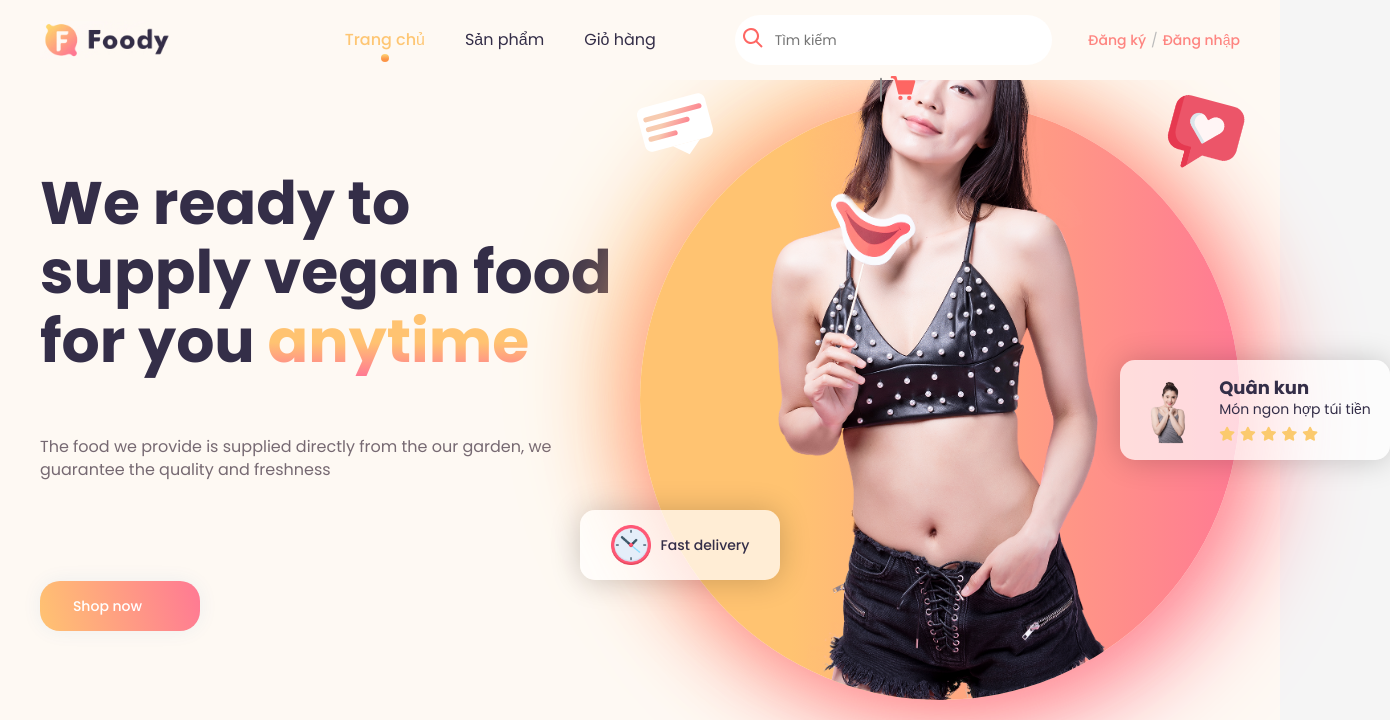
Repository: phamvuhung2710/react-ecommerce
Page: /
The author's editor kept a copy of each file at every save. The page is drawn from the files as they stood at one save, then again after the next save.
The browser window is 1280 px wide. The page is 1390 px wide, so the pictures cover 1390 px, including what lies to the right of the window. The pictures show the whole page.
The page's requests for data from a server got no answer. Some web libraries are served in a nearby version. The project was rebuilt for these pictures with package versions that can differ from the ones it lists, and the page was loaded fresh each time. No one was signed in, and anything a server would have sent is missing. Also part of the build but not shown: src/guard/AuthenticatedGuard.jsx, src/guard/UnauthenticatedGuard.jsx, src/layouts/CartLayout/CartLayout.jsx, src/layouts/RegisterLayout/RegisterLayout.jsx.

Above is the page before, as saved 2021-09-07 19:05:43.

### public/index.html
<!DOCTYPE html>
<html lang="en">
  <head>
    <meta charset="utf-8" />
    <link rel="icon" href="%PUBLIC_URL%/logo512.png" />
    <meta name="viewport" content="width=device-width, initial-scale=1" />
    <meta name="theme-color" content="#000000" />
    <meta
      name="description"
      content="Web site created using create-react-app"
    />
    <link rel="apple-touch-icon" href="%PUBLIC_URL%/logo512.png" />
    <!--
      manifest.json provides metadata used when your web app is installed on a
      user's mobile device or desktop. See https://developers.google.com/web/fundamentals/web-app-manifest/
    -->
    <link rel="manifest" href="%PUBLIC_URL%/manifest.json" />
    <!--
      Notice the use of %PUBLIC_URL% in the tags above.
      It will be replaced with the URL of the `public` folder during the build.
      Only files inside the `public` folder can be referenced from the HTML.

      Unlike "/favicon.ico" or "favicon.ico", "%PUBLIC_URL%/favicon.ico" will
      work correctly both with client-side routing and a non-root public URL.
      Learn how to configure a non-root public URL by running `npm run build`.
    -->
    <title>Foody</title>
    <link
      rel="stylesheet"
      href="https://pro.fontawesome.com/releases/v5.10.0/css/all.css"
      integrity="sha384-AYmEC3Yw5cVb3ZcuHtOA93w35dYTsvhLPVnYs9eStHfGJvOvKxVfELGroGkvsg+p"
      crossorigin="anonymous"
    />
  </head>
  <body>
    <noscript>You need to enable JavaScript to run this app.</noscript>
    <div id="root"></div>
    <!--
      This HTML file is a template.
      If you open it directly in the browser, you will see an empty page.

      You can add webfonts, meta tags, or analytics to this file.
      The build step will place the bundled scripts into the <body> tag.

      To begin the development, run `npm start` or `yarn start`.
      To create a production bundle, use `npm run build` or `yarn build`.
    -->
  </body>
</html>

### src/assets/styles/global.scss
@font-face {
  font-family: 'Inter';
  src: url('../font/Inter-VariableFont_slnt\,wght.ttf')
      format('woff2 supports variations'),
    url('../font/Inter-VariableFont_slnt\,wght.ttf') format('woff2-variations');
  font-weight: 100 900;
}
@import url('https://fonts.googleapis.com/css2?family=Poppins:wght@100;200;300;400;500;600;700;800;900&display=swap');

$font: 'Poppins';

html {
  font-size: 62.5%;
}

body {
  font-size: 1.4rem;
  font-weight: 400;
  font-family: $font, sans-serif;
  background-color: #f5f5f5;
  color: rgba(0, 0, 0, 0.8);
}

* {
  margin: 0;
  padding: 0;
  box-sizing: border-box;
}

.container {
  width: 1200px;
  margin-left: auto;
  margin-right: auto;
}

.link {
  color: #ee4d2d;
  font-size: 1.4rem;
  cursor: pointer;
}

ul {
  list-style: none;
}

:focus-visible {
  outline: none;
}

button {
  cursor: pointer;
  &:disabled {
    cursor: default;
  }
}

a {
  text-decoration: none;
}

svg {
  width: 1em;
  height: 1em;
  fill: currentColor;
}

.menu--active {
  cursor: pointer;
  color: #fec673 !important;
  font-weight: 500 !important;
  &::before {
    content: '';
    position: absolute;
    top: 100%;
    left: 50%;
    width: 8px;
    height: 8px;
    border-radius: 50%;
    background: linear-gradient(
      to top,
      rgba(252, 149, 70, 1) 35%,
      rgba(254, 214, 119, 1) 100%
    );
    transform: translateX(-50%);
  }
}

.category--active {
  cursor: pointer;
  color: #fec673 !important;
  font-weight: 500 !important;
  &::before {
    content: '';
    position: absolute;
    top: 100%;
    left: 0%;
    width: 8px;
    height: 8px;
    border-radius: 50%;
    background: linear-gradient(
      to top,
      rgba(252, 149, 70, 1) 35%,
      rgba(254, 214, 119, 1) 100%
    );
    transform: translateX(-50%);
  }
}

// css for react-toasify
.Toastify__toast--error {
  border: 1px solid rgb(248, 96, 134);
  background: #fdf1f0 !important;
  border-radius: 5px !important;
  color: rgb(248, 96, 134) !important;
  font-family: $font, sans-serif;
  font-size: 14px;
  padding-left: 20px;
  line-height: 20px;
  padding: 0px;
  padding-top: 25px;
  width: 100%;
  font-weight: 500;
  text-align: center;
}
.Toastify__toast--error::after {
  position: absolute;
  color: #333333;
  font-size: 15px;
  font-weight: 700;
  left:265px;
  padding-top: 14px !important;
  width: fit-content;
  height: auto;
}
.Toastify__toast--error::before {
  content : url('../../assets/svg/error.svg');
  position:relative;
  z-index:100000;
  left:12px;
  width: 24px;
  height: 24px;
  margin-right: 5px;
}
.Toastify__toast--success {
  border: 1px solid rgb(44, 204, 255) !important;
  border-radius: 5px !important;
  background: #ebf5ff !important;
  color: rgb(44, 204, 255) !important;
  font-family: $font, sans-serif;
  display: flex;
  align-items: center;
}
.Toastify__toast--success::before {
  content : url('../../assets/svg/success.svg');
  position:relative;
  z-index:100000;
  left:12px;
  width: 24px;
  height: 24px;
  margin-right: 5px;
}
.Toastify__toast--success::after {
  position: absolute;
  color: #2657bb !important;
  background: #00aefd !important;
  font-size: 15px;
  font-weight: 700;
  left:265px;
  padding-top: 14px !important;
  width: fit-content;
  height: auto;
}
.Toastify__toast--warning {
  border: 1px solid rgb(255, 205, 43) !important;
  background: #fffdeb !important;
  border-radius: 5px !important;
  color: rgb(255, 205, 43) !important;
  font-family: $font, sans-serif;
  font-size: 14px;
  padding-left: 20px;
  line-height: 20px;
  width: 100%;
  font-weight: 500;
  text-align: center;
}
.Toastify__toast--warning::before {
  position:relative;
  z-index:100000;
  left:12px;
  top:6px;
}
.Toastify__toast--warning::after {
  position: absolute;
  color: #E78326;
  font-size: 15px;
  font-weight: 700;
  left:265px;
  padding-top: 14px !important;
  width: fit-content;
  height: auto;
}
.Toastify__toast-body {
  // border-radius: 5px !important;
  // background: #ebf5ff !important;
  // color: #2657bb !important;
  font-family: "Poppins", sans-serif;
  font-size: 14px;
  padding-left: 20px;
  line-height: 20px;
  padding-left: 15px;
  width: 100%;
  font-weight: 500;
  text-align: center;
  display: flex;
  align-items: center;
}
.Toastify__toast > button>  svg {
  display: none;
}

.Toastify__progress-bar--error {
  background-color: rgba(248, 96, 134,0.7) !important;
}

.Toastify__progress-bar--success {
  background-color: rgba(44, 204, 255, 0.7) !important;
}

### src/Routes.jsx
import React, { lazy, Suspense } from 'react'
import { Route, Switch } from 'react-router-dom'
import Fallback from './components/Fallback/Fallback'
import { path } from './constants/path'
import AuthenticatedGuard from './guard/AuthenticatedGuard'
import UnauthenticatedGuard from './guard/UnauthenticatedGuard'
import CartLayout from './layouts/CartLayout/CartLayout'
import MainLayout from './layouts/MainLayout/MainLayout'
import RegisterLayout from './layouts/RegisterLayout/RegisterLayout'

const Home = lazy(() => import('./pages/Home/Home'))
const Product = lazy(() => import('./pages/Product/Product'))
const ProductDetail = lazy(() => import('./pages/ProductDetail/ProductDetail'))
const User = lazy(() => import('./pages/User/User'))
const NotFound = lazy(() => import('./pages/NotFound/NotFound'))
const Cart = lazy(() => import('./pages/Cart/Cart'))
const Login = lazy(() => import('./pages/Auth/Login/Login'))
const Register = lazy(() => import('./pages/Auth/Register/Register'))

export default function Routes() {
  return (
    <Switch>
      <Route path={path.home} exact>
        <MainLayout>
          <Suspense fallback={<Fallback />}>
            <Home />
          </Suspense>
        </MainLayout>
      </Route>

      <Route path={path.product} exact>
        <MainLayout>
          <Suspense fallback={<Fallback />}>
            <Product />
          </Suspense>
        </MainLayout>
      </Route>

      <Route path={path.productDetail} exact>
        <MainLayout>
          <Suspense fallback={<Fallback />}>
            <ProductDetail />
          </Suspense>
        </MainLayout>
      </Route>

      <Route path={path.login}>
        <UnauthenticatedGuard>
          <RegisterLayout title="Đăng nhập">
            <Suspense fallback={<Fallback />}>
              <Login />
            </Suspense>
          </RegisterLayout>
        </UnauthenticatedGuard>
      </Route>

      <Route path={path.register}>
        <UnauthenticatedGuard>
          <RegisterLayout title="Đăng ký">
            <Suspense fallback={<Fallback />}>
              <Register />
            </Suspense>
          </RegisterLayout>
        </UnauthenticatedGuard>
      </Route>

      <Route path={path.user}>
        <AuthenticatedGuard>
          <MainLayout>
            <Suspense fallback={<Fallback />}>
              <User />
            </Suspense>
          </MainLayout>
        </AuthenticatedGuard>
      </Route>

      <Route path={path.cart}>
        <AuthenticatedGuard>
          <CartLayout>
            <Suspense fallback={<Fallback />}>
              <Cart />
            </Suspense>
          </CartLayout>
        </AuthenticatedGuard>
      </Route>

      <Route path={path.notFound}>
        <Suspense fallback={<Fallback />}>
          <NotFound />
        </Suspense>
      </Route>
    </Switch>
  )
}

### src/components/Authorization/Authorization.jsx
import { useEffect } from 'react'
import { useDispatch, useSelector } from 'react-redux'
import { unauthorize } from 'src/pages/Auth/auth.slice'
import { path } from 'src/constants/path'
import { useHistory } from 'react-router-dom'
import { useAuthenticated } from 'src/hooks/useAuthenticated'
import { getCartPurchases } from 'src/pages/Cart/cart.slice'

function Authorization(props) {
  const status = useSelector(state => state.app.status)
  const dispatch = useDispatch()
  const history = useHistory()
  const authenticated = useAuthenticated()

  useEffect(() => {
    if (status === 401) {
      dispatch(unauthorize)
      history.push(path.login)
    }
  }, [status, dispatch, history])

  useEffect(() => {
    if (authenticated) {
      dispatch(getCartPurchases())
    }
  }, [dispatch, authenticated])

  return null
}

export default Authorization

### src/components/Fallback/Fallback.jsx
import React from 'react'
import { LinearProgress } from '@material-ui/core'
import styled from 'styled-components'
import { useSelector } from 'react-redux'

const StyledLoading = styled(LinearProgress)`
  position: fixed !important;
  top: 20px;
  left: 0;
  right: 0;
  /* margin-top: 80px; */
  background-color: #00aefd !important;
`

function Fallback(props) {
  const loading = useSelector(state => state.app.loading)

  if (loading > 0) {
    return <StyledLoading color="secondary" />
  }

  // return null
  return <StyledLoading color="secondary" />
}
export default Fallback

### src/constants/path.js
const USER = '/user'

export const path = {
  home: '/',
  cart: '/cart',
  product: '/product',
  productDetail: '/product/:productId',
  login: '/login',
  register: '/register',
  user: USER,
  profile: `${USER}/profile`,
  password: `${USER}/password`,
  purchase: `${USER}/purchase`,
  notFound: '*'
}

### src/layouts/MainLayout/MainLayout.jsx
import React from 'react'
import Header from 'src/components/Header/Header'
import PropTypes from 'prop-types'

MainLayout.propTypes = {
  children: PropTypes.oneOfType([
    PropTypes.element,
    PropTypes.arrayOf(PropTypes.element)
  ])
}

function MainLayout({ children }) {
  return (
    <div>
      <Header />
      {children}
      {/* <Footer /> */}
    </div>
  )
}

export default MainLayout

### src/pages/Home/Home.jsx
import React from 'react'
import { path } from 'src/constants/path'
import * as S from './home.style'

export default function Home() {
  return (
    <S.Background>
      <S.Container className="container">
        <S.MainLeft>
          <S.Title>
            We ready to supply vegan food for you{' '}
            <S.TitleHighLight>anytime</S.TitleHighLight>
          </S.Title>
          <S.Description>
            The food we provide is supplied directly from the our garden, we
            guarantee the quality and freshness
          </S.Description>
          <S.ShopNow to={path.product}>
            <S.NameButton>Shop now</S.NameButton>
            <S.IconButton className="fas fa-chevron-circle-right"></S.IconButton>
          </S.ShopNow>
        </S.MainLeft>
        <S.MainRight>
          <S.CircleMain>
            <S.FoodGirl src="/img/girl-foody.png" />
            <S.FlashHeart src="/img/heart.png" />
            <S.FlashComment>
              <S.FlashCommentAvatar>
                <S.FlashCommentImage src="/img/avatar.png" />
              </S.FlashCommentAvatar>
              <S.FlashCommentDetail>
                <S.FlashCommentTitle>Quân kun</S.FlashCommentTitle>
                <S.FlashCommentContent>
                  Món ngon hợp túi tiền
                </S.FlashCommentContent>
                <S.FlashCommentStar>
                  <S.FlashCommentStarIcon className="fas fa-star" />
                  <S.FlashCommentStarIcon className="fas fa-star" />
                  <S.FlashCommentStarIcon className="fas fa-star" />
                  <S.FlashCommentStarIcon className="fas fa-star" />
                  <S.FlashCommentStarIcon className="fas fa-star" />
                </S.FlashCommentStar>
              </S.FlashCommentDetail>
            </S.FlashComment>
            <S.FlashMessage>
              <S.FlashMessageLine />
              <S.FlashMessageLine />
              <S.FlashMessageLine />
            </S.FlashMessage>
            <S.FlashDelivery>
              <S.FlashDeliveryIcon src="/img/clock.png" />
              <S.FlashDeliveryText>Fast delivery</S.FlashDeliveryText>
            </S.FlashDelivery>
          </S.CircleMain>
        </S.MainRight>
      </S.Container>
    </S.Background>
  )
}

### src/hooks/useAuthenticated.js
import { useSelector } from 'react-redux'

export function useAuthenticated() {
  return useSelector(state => Boolean(state.auth.profile._id))
}

### src/api/auth.api.js
import axiosClient from './axiosClient'

const authApi = {
  register(data) {
    const url = '/register'
    return axiosClient.post(url, data)
  },
  login(data) {
    const url = '/login'
    return axiosClient.post(url, data)
  },
  logout() {
    const url = '/logout'
    return axiosClient.post(url)
  }
}

export default authApi

### src/api/user.api.js
import axiosClient from './axiosClient'

const userApi = {
  updateMe(data) {
    const url = '/user'
    return axiosClient.put(url, data)
  }
}

export default userApi

### src/components/Header/Header.jsx
import React, { useEffect, useState } from 'react'
import * as S from './header.style'
import usePopover from 'src/hooks/usePopover'
import Popover from '../Popover/Popover'
import { path } from 'src/constants/path'
import { logout } from 'src/pages/Auth/auth.slice'
import { useDispatch, useSelector } from 'react-redux'
import { useAuthenticated } from 'src/hooks/useAuthenticated'
import { useHistory } from 'react-router-dom'
import useQuery from 'src/hooks/useQuery'
import { formatMoney } from 'src/utils/helper'
import { useRouteMatch } from 'react-router-dom'
import { unwrapResult } from '@reduxjs/toolkit'

Header.propTypes = {}

function Header() {
  const match = useRouteMatch()
  const authenticated = useAuthenticated()
  const profile = useSelector(state => state.auth.profile)
  const { activePopover, showPopover, hidePopover } = usePopover()
  const [isUserPopover, setIsUserPopover] = useState(false)
  const dispatch = useDispatch()
  const [searchValue, setSearchValue] = useState('')
  const history = useHistory()
  const query = useQuery()
  const purchases = useSelector(state => state.cart.purchases)

  useEffect(() => {
    const { name = '' } = query
    setSearchValue(name)
  }, [query])

  const onChangeSearch = event => {
    setSearchValue(event.target.value)
  }

  const handleLogout = () => {
    dispatch(logout())
  }

  const handleShowPopoverCart = () => {
    setIsUserPopover(false)
    showPopover()
  }

  const handleShowPopoverUser = () => {
    setIsUserPopover(true)
    showPopover()
  }

  const search = event => {
    event.preventDefault()
    history.push(path.product + `?name=${searchValue}`)
  }

  return (
    <S.StyledHeader>
      <div className="container">
        {/* <Navbar /> */}
        <S.HeaderWrap>
          <S.Logo to="/">
            <S.ImageLogo src="/img/logo-foody.png" />
          </S.Logo>
          <S.Menu>
            <S.MenuItem
              activeClassName={match.url === path.home ? 'menu--active' : ''}
              to={path.home}
            >
              Trang chủ
            </S.MenuItem>
            <S.MenuItem
              activeClassName={match.url === path.product ? 'menu--active' : ''}
              to={path.product}
            >
              Sản phẩm
            </S.MenuItem>
            <S.MenuItem
              activeClassName={match.url === path.cart ? 'menu--active' : ''}
              to={path.cart}
            >
              Giỏ hàng
            </S.MenuItem>
            {/* <S.MenuItem to={path.user}>Tài khoản</S.MenuItem> */}
          </S.Menu>
          <S.StyledForm onSubmit={search}>
            <S.IConSearch>
              <svg
                width={24}
                height={24}
                viewBox="0 0 24 24"
                xmlns="http://www.w3.org/2000/svg"
                version="1.1"
                xmlnsXlink="http://www.w3.org/1999/xlink"
                className="d7e-0f24ac d7e-72271e"
              >
                <path
                  d="M10 2a8 8 0 016.32 12.905l5.387 5.388-1.414 1.414-5.388-5.386A8 8 0 1110 2zm0 2a6 6 0 100 12 6 6 0 000-12z"
                  fill="#fe6663"
                  fillRule="nonzero"
                />
              </svg>
            </S.IConSearch>
            <S.StyledInput
              placeholder="Tìm kiếm"
              onChange={onChangeSearch}
              value={searchValue}
            />
            <S.Cart
              onMouseEnter={handleShowPopoverCart}
              onMouseLeave={hidePopover}
            >
              <S.CartContainer>
                <S.CartIcon to="/cart">
                  <svg
                    viewBox="0 0 26.6 25.6"
                    className="shopee-svg-icon navbar__link-icon icon-shopping-cart-2"
                  >
                    <polyline
                      fill="#fe6663"
                      points="2 1.7 5.5 1.7 9.6 18.3 21.2 18.3 24.6 6.1 7 6.1"
                      strokeLinecap="round"
                      strokeLinejoin="round"
                      strokeMiterlimit={10}
                      strokeWidth="2.5"
                    />
                    <circle cx="10.7" cy={23} r="2.2" stroke="none" />
                    <circle cx="19.7" cy={23} r="2.2" stroke="none" />
                  </svg>
                  {/* <img src="/img/shopping-cart.png" alt="#" /> */}
                </S.CartIcon>
                <Popover active={!isUserPopover && activePopover}>
                  <S.PopoverContent>
                    <S.PopoverTitle>Sản phẩm mới thêm</S.PopoverTitle>
                    {purchases &&
                      purchases.length > 0 &&
                      purchases.slice(0, 5).map(purchase => (
                        <S.MiniProductCart key={purchase._id}>
                          <S.MiniProductCartImg src={purchase.product.image} />
                          <S.MiniProductCartTitle>
                            {purchase.product.name}
                          </S.MiniProductCartTitle>
                          <S.MiniProductCartPrice>
                            đ{formatMoney(purchase.product.price)}
                          </S.MiniProductCartPrice>
                        </S.MiniProductCart>
                      ))}

                    <S.PopoverFooter>
                      <S.MoreProduct>
                        {purchases && purchases.length > 5 && (
                          <span>{purchases.length - 5} sản phẩm vào giỏ</span>
                        )}
                      </S.MoreProduct>
                      <S.ButtonShowCart to={path.cart}>
                        Xem giỏ hàng
                      </S.ButtonShowCart>
                    </S.PopoverFooter>
                  </S.PopoverContent>
                </Popover>
              </S.CartContainer>
            </S.Cart>
            {purchases && purchases.length > 0 && (
              <S.CartNumberBadge>{purchases.length}</S.CartNumberBadge>
            )}
          </S.StyledForm>
          <S.UserAccount>
            {authenticated && (
              <span>
                <S.User
                  onMouseEnter={handleShowPopoverUser}
                  onMouseLeave={hidePopover}
                >
                  <S.UserImage src="/img/anh-4.jpg" />
                  <S.Username>{profile.name || profile.email}</S.Username>
                  <Popover active={isUserPopover && activePopover}>
                    <S.UserLink to={path.user}>Tài khoản của tôi</S.UserLink>
                    <S.UserLink to={path.purchase}>Đơn mua</S.UserLink>
                    <S.UserButton onClick={handleLogout}>
                      Đăng xuất
                    </S.UserButton>
                  </Popover>
                </S.User>
              </span>
            )}
            {!authenticated && (
              <S.RegisterOrLogin>
                <span>
                  <S.NavLink to={path.register}>Đăng ký</S.NavLink>
                </span>
                <S.Separate> / </S.Separate>
                <span>
                  <S.NavLink to={path.login}>Đăng nhập</S.NavLink>
                </span>
              </S.RegisterOrLogin>
            )}
          </S.UserAccount>
        </S.HeaderWrap>
      </div>
    </S.StyledHeader>
  )
}

export default Header

### src/hooks/useQuery.js
import { useMemo } from 'react'
import { useLocation } from 'react-router-dom'
import qs from 'query-string'

export default function useQuery() {
  const location = useLocation()
  const queryString = useMemo(
    () => qs.parse(location.search),
    [location.search]
  )

  return queryString
}

### src/constants/status.js
export const purchaseStatus = {
  inCart: -1,
  all: 0,
  waitForConfirmation: 1,
  waitForGetting: 2,
  inProgress: 3,
  delivered: 4,
  cancelled: 5
}

### src/hooks/usePopover.js
import { useState } from 'react'

export default function usePopover() {
  const [activePopover, setActivePopover] = useState(false)
  const showPopover = () => setActivePopover(true)
  const hidePopover = () => setActivePopover(false)
  return {
    activePopover,
    showPopover,
    hidePopover
  }
}

### src/components/Popover/Popover.jsx
 import React from 'react'
import PropTypes from 'prop-types'
import * as S from './popover.style'

Popover.propTypes = {
  active: PropTypes.bool,
  children: PropTypes.oneOfType([
    PropTypes.element,
    PropTypes.arrayOf(PropTypes.element)
  ])
}

function Popover({ active, children }) {
  return (
    <>
      {active && (
        <S.Drawer>
          {/* <S.PopoverArrow /> */}
          <S.PopoverContent>{children}</S.PopoverContent>
        </S.Drawer>
      )}
    </>
  )
}

export default Popover

Loaded but not shown: src/index.css (common file); src/reportWebVitals.js (common file); src/components/Header/header.style.js (345 lines, source omitted); src/pages/Home/home.style.js (248 lines, source omitted); src/assets/styles/utils.js (86 lines, source omitted); src/pages/Auth/auth.slice.js (61 lines, source omitted); src/utils/helper.js (37 lines, source omitted); src/api/axiosClient.js (46 lines, source omitted); src/pages/Cart/cart.slice.js (42 lines, source omitted); src/components/Popover/popover.style.js (51 lines, source omitted); src/api/purchase.api.js (37 lines, source omitted); src/index.js (24 lines, source omitted); src/app.slice.js (30 lines, source omitted); src/App.js (21 lines, source omitted); src/store.js (18 lines, source omitted)

After the next save:
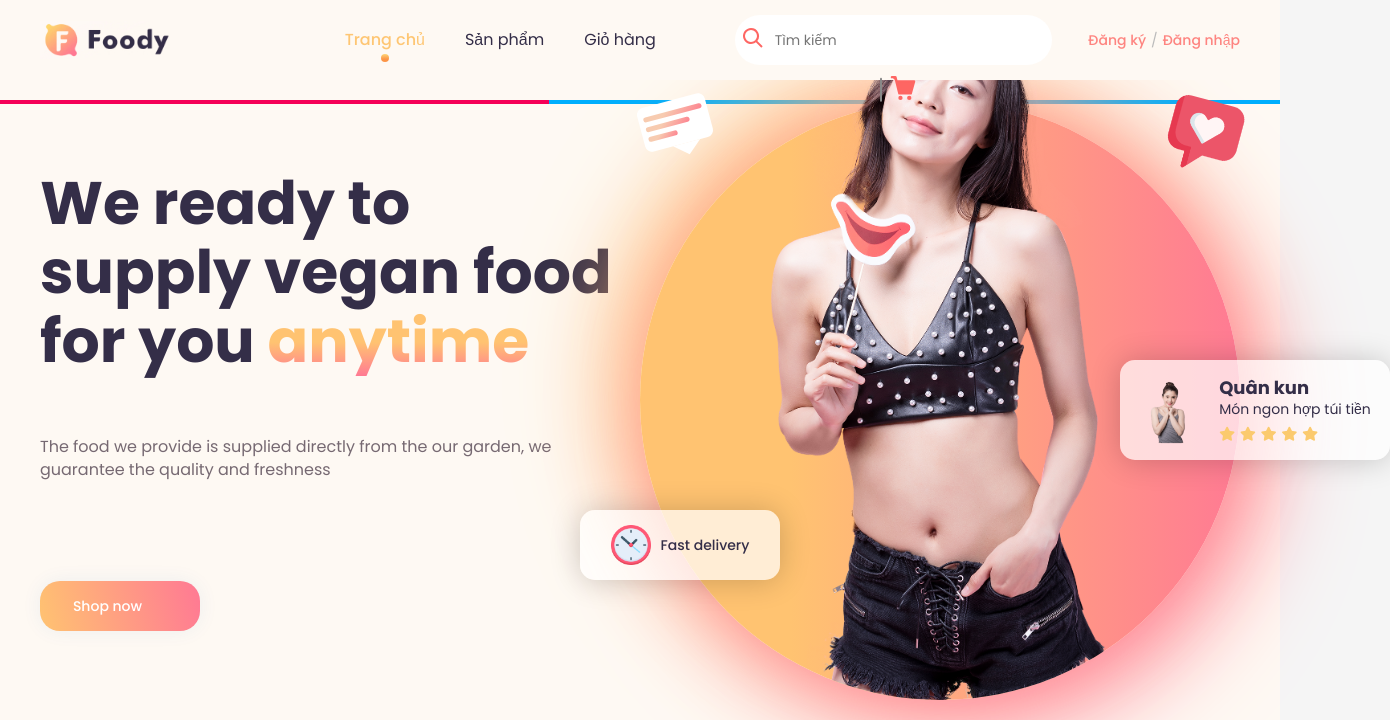
Saved 7 s later.
--- a/src/components/Fallback/Fallback.jsx
+++ b/src/components/Fallback/Fallback.jsx
@@ -8,7 +8,7 @@ const StyledLoading = styled(LinearProgress)`
   top: 20px;
   left: 0;
   right: 0;
-  /* margin-top: 80px; */
+  margin-top: 80px;
   background-color: #00aefd !important;
 `
 
